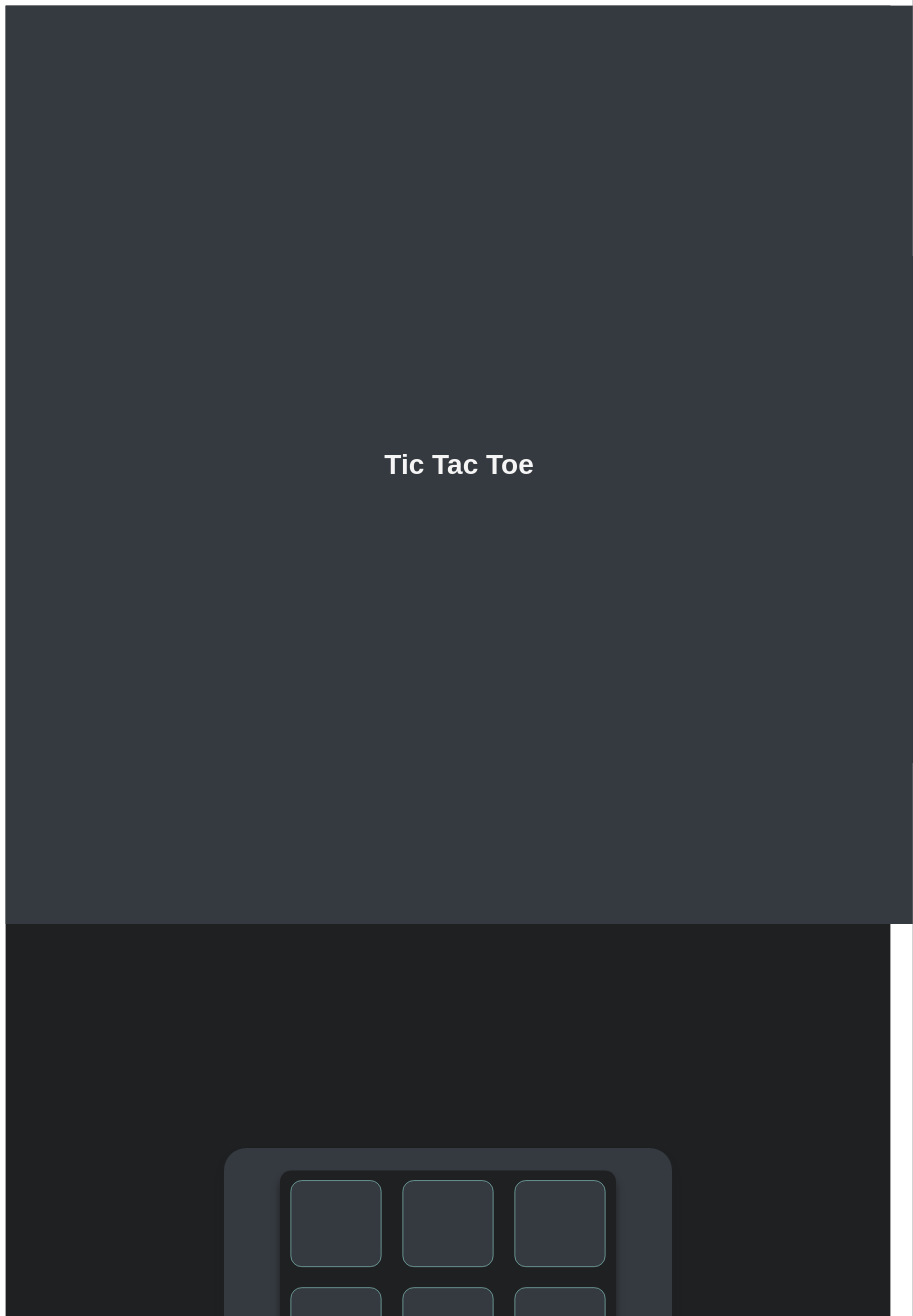
Repository: KooshaPari/odin-TTT
Page: index.html
These files come from the project's save history. The page is drawn as it stood at one moment and after a run of saves; the edit follows.
The browser window is 1280 px wide. The page is 1304 px wide, so the pictures cover 1304 px, including what lies to the right of the window. The pictures show the part of the page from y = 0 to 1880 px (the page is 3888 px tall before and 891 px after), at 70% of full size.

Above is the page before, as saved 2024-03-15 00:26:31.

### index.html
<!doctype html>
<html lang="en">
  <head>
    <meta charset="UTF-8" />

    <link rel="stylesheet" href="./style.css" />
    <meta name="viewport" content="width=device-width, initial-scale=1.0" />
    <title>Document</title>
  </head>
  <body>
    <div id="parent">
      <div id="header">
        <h1>Tic Tac Toe</h1>
      </div>
      <div id="body">
        <div id="game">
          <div id="board">
            <div class="square" id="0"></div>
            <div class="square" id="1"></div>
            <div class="square" id="2"></div>
            <div class="square" id="3"></div>
            <div class="square" id="4"></div>
            <div class="square" id="5"></div>
            <div class="square" id="6"></div>
            <div class="square" id="7"></div>
            <div class="square" id="8"></div>
          </div>
          <div id="status">X's turn</div>
          <button id="reset">Reset</button>
        </div>
      </div>
      <div id="footer">
        <p>Copyright Koosha Paridehpour 2024</p>
      </div>
    </div>
  </body>
  <script src="./lib.js"></script>
</html>

### style.css
* {
  font-family: sans-serif;
}
#parent {
  background-color: #1f2022;
  width: 100%;
  height: 100%;
}
#header {
  background-color: #353a40;
  padding: 1.25%;
  width: 100%;
  height: 100%;
}
#header h1 {
  color: #f6f5f5;

  font-size: 2.5em;
}
#footer p {
  color: #f6f5f5;
  font-size: 0.5em;
}

#header,
#footer,
#body {
  height:100vw;
  display: flex;
  align-items: center;
  justify-content: center;
}
#title {
  color: #f6f5f5;
}
#body {
  flex-direction: column;
}
#game {
  transition: 2.5s ease-in-out;
  display: flex;
  flex-direction: column;
  justify-content: center;
  align-items: center;
  background-color: #353a40;
  border-radius: 2em;
  margin: 5vw;
  box-shadow: 0px 10px 10px #1f2022;
  width: 50vw;
  height: 50vw;
  -webkit-border-radius: 2em;
  -moz-border-radius: 2em;
  -ms-border-radius: 2em;
  -o-border-radius: 2em;
  -webkit-transition: 2.5s ease-in-out;
  -moz-transition: 2.5s ease-in-out;
  -ms-transition: 2.5s ease-in-out;
  -o-transition: 2.5s ease-in-out;
}
#board {
  display: grid;
  grid-template-columns: 1fr 1fr 1fr;
  width: 75%;
  transition: 1s ease-in-out;
  height: 75%;
  background-color: #1f2022;
  border-radius: 1em;
  margin: 2em;

  align-items: center;
  justify-content: center;
  box-shadow: 0px 10px 10px #1f2022;
  -webkit-border-radius: 1em;
  -moz-border-radius: 1em;
  -ms-border-radius: 1em;
  -o-border-radius: 1em;
  -webkit-transition: 1s ease-in-out;
  -moz-transition: 1s ease-in-out;
  -ms-transition: 1s ease-in-out;
  -o-transition: 1s ease-in-out;
}
#board:hover {
  transform: scale(1.025) translate(0, -1em);
  transition: 0.5s ease-in-out;
  -webkit-transform: scale(1.025) translate(0, -1em);
  -moz-transform: scale(1.025) translate(0, -1em);
  -ms-transform: scale(1.025) translate(0, -1em);
  -o-transform: scale(1.025) translate(0, -1em);
  -webkit-transition: 0.5s ease-in-out;
  -moz-transition: 0.5s ease-in-out;
  -ms-transition: 0.5s ease-in-out;
  -o-transition: 0.5s ease-in-out;
}
#game:hover {
  transform: scale(1.05) translate(0, -0.5em);
  transition: 5s ease-in-out;
  -webkit-transform: scale(1.05) translate(0, -0.5em);
  -moz-transform: scale(1.05) translate(0, -0.5em);
  -ms-transform: scale(1.05) translate(0, -0.5em);
  -o-transform: scale(1.05) translate(0, -0.5em);
  -webkit-transition: 5s ease-in-out;
  -moz-transition: 5s ease-in-out;
  -ms-transition: 5s ease-in-out;
  -o-transition: 5s ease-in-out;
}
.square {
  transition 0.4s ease-in-out;
  justify-self: center;
  border: 0.1px solid #7ebab5;
  width: 80%;
  flex: 0;
    color:#7ebab5;
  border-radius: 1em;
  height: 80%;
  background-color: #353a40;
  text-align: center;
  justify-content: center;
  display: flex;
  cursor: pointer;
  align-items: center;
  white-space: nowrap;
}
.square p {
  font-size: 4em;
  color: #7ebab5;
  font-weight: bold;
  overflow: hidden;
  align-self: center;
  justify-self: center;
  text-align: center;
  padding: 0;
  margin: 0;
  display: inline;
}
.square:hover {
  transform: scale(1.05) translate(0, -0.5em);
  background-color: #454a50;
  transition: 0.4s ease-in-out;

}
.square:active{
  transform: scale(1.1) translate(0, 0.5em);
  background-color: #151a30;
  transition:0.2s ease-in-out;
  -webkit-transition:0.2s ease-in-out;
  -moz-transition:0.2s ease-in-out;
  -ms-transition:0.2s ease-in-out;
  -o-transition:0.2s ease-in-out;
  -webkit-transform: scale(1.1) translate(0, 0.5em);
  -moz-transform: scale(1.1) translate(0, 0.5em);
  -ms-transform: scale(1.1) translate(0, 0.5em);
  -o-transform: scale(1.1) translate(0, 0.5em);
}
#status{ padding:1em; background-color:#212529; color:#f6f5f5; border-radius:2em; margin:0.5em; margin-top: 0; }
#reset{ padding:1em; background-color:#212529; color:#f6f5f5; border-radius:2em;  margin-bottom: 1em;;}
/* CSS code to define the animation */

@keyframes raise {
  0% { transform: translate(0, 0); background-color: #353a40;}
  50% { transform: translate(0, -0.5em); background-color: #555a60;}
  100% { transform: translate(0, 0);background-color: #353a40; }
}

.animationClass {
  animation: raise 2s ;
  -webkit-animation: raise 2s ;
}

### lib.js
let board = [0, 0, 0, 0, 0, 0, 0, 0, 0]
let status = document.getElementById('status')
let gameS = false
function playTTT(square) {
  square.textContent = 'X'
  board[square.id] = 'X'
  comPlay()
  console.log(board)
  let res = checkWin()
  if (res != false) {
    gameS = true
    console.log('WIN?', res)
    if (res == 'O') {
      status.textContent = 'Computer wins'
    } else {
      status.textContent = 'You win'
    }
  }
  for (let i = 0; i < 9; i++) {
    if (board[i] == 0) {
      return
    }
  }
  status.textContent = 'Draw'
}
const squares = document.querySelectorAll('.square')
squares.forEach((square) =>
  square.addEventListener('click', () => {
    if (board[square.id] == '0' && !gameS) {
      playTTT(square)
    }
  })
)
function checkWin() {
  if (board[0] != '0' && board[0] === board[1] && board[0] === board[2]) {
    console.log(board[0] + ' wins')
    return board[0]
  }
  if (board[3] != '0' && board[3] === board[4] && board[3] === board[5]) {
    console.log(board[3] + ' wins')
    return board[3]
  }
  if (board[6] != '0' && board[6] === board[7] && board[6] === board[8]) {
    console.log(board[6] + ' wins')
    return board[6]
  }
  if (board[0] != '0' && board[0] === board[3] && board[0] === board[6]) {
    console.log(board[0] + ' wins')
    return board[0]
  }
  if (board[1] != '0' && board[1] === board[4] && board[1] === board[7]) {
    console.log(board[1] + ' wins')
    return board[1]
  }
  if (board[2] != '0' && board[2] === board[5] && board[2] === board[8]) {
    console.log(board[2] + ' wins')
    return board[2]
  }
  if (board[0] != '0' && board[0] === board[4] && board[0] === board[8]) {
    console.log(board[0] + ' wins')
    return board[0]
  }
  if (board[2] != '0' && board[2] === board[4] && board[2] === board[6]) {
    console.log(board[2] + ' wins')
    return board[2]
  }
  return false
}
function comPlay() {
  let com = 0
  let full = true
  for (let i = 0; i < 9; i++) {
    if (board[i] == 0) {
      full = false
      break
    }
  }
  if (full == true) {
    return
  }
  while (board[com] != 0) {
    com = Math.floor(Math.random() * 9)
  }
  //console.log(com)
  board[com] = 'O'
  let comSq = document.getElementById(com)
  //console.log(comSq)
  comSq.textContent = 'O'
  comSq.classList.add('animationClass')
}

let reset = document.getElementById('reset')
reset.addEventListener('click', () => {
  resetBtn()
})
function resetBtn() {
  for (let i = 0; i < 9; i++) {
    board[i] = 0
  }
  gameS = false
  squares.forEach((square) => {
    square.textContent = ''
    square.classList.remove('animationClass')
  })
  status.textContent = "X's turn"
}

After the next 2 saves:
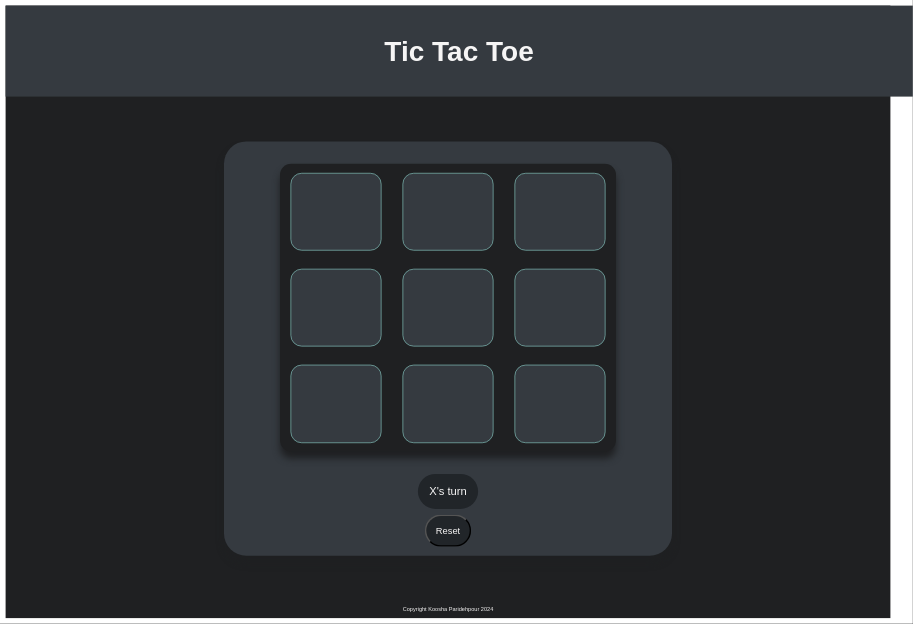
The 2 saves are shown as one change because they came seconds apart.
The last was saved 9 s later.
--- a/style.css
+++ b/style.css
@@ -25,7 +25,7 @@
 #header,
 #footer,
 #body {
-  height:100vw;
+
   display: flex;
   align-items: center;
   justify-content: center;
@@ -35,6 +35,7 @@
 }
 #body {
   flex-direction: column;
+  height:100vh;
 }
 #game {
   transition: 2.5s ease-in-out;
